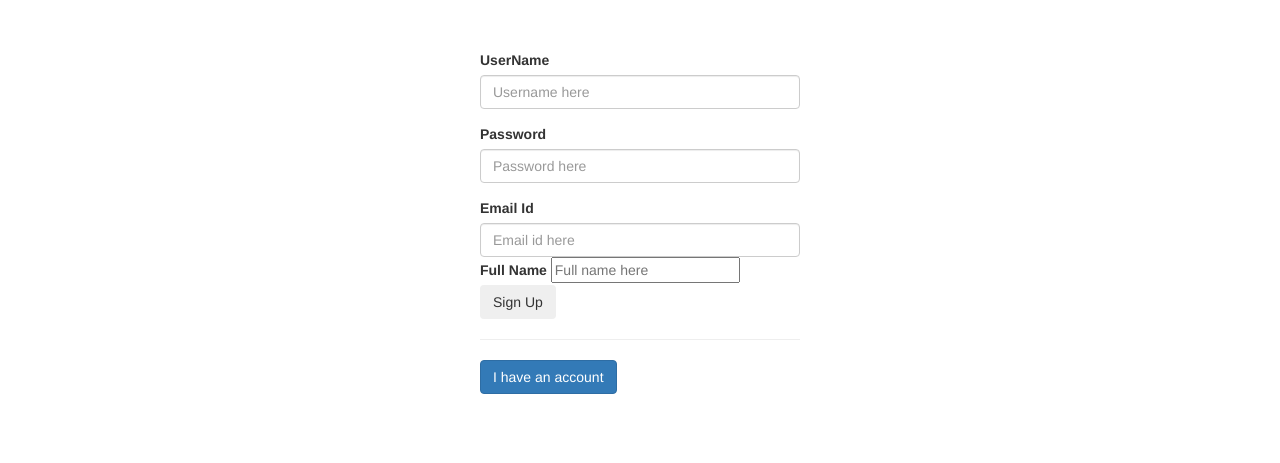
Repository: hamshini/demopro
Page: wippro/Application/WebContent/signup.html
An editor plug-in stored every save of this project. The page is shown before and after the next save, followed by the edit.
The browser window is 1280 px wide. The pictures show the whole page.

Above is the page before, as saved 2018-01-10 04:27:52.

After the next save:
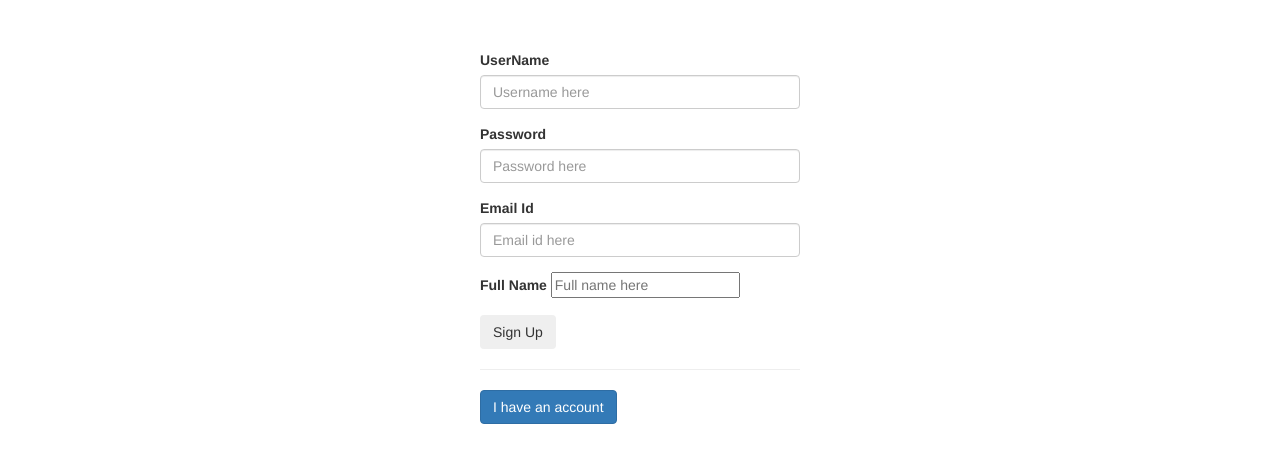
Saved 70 s later.
--- a/wippro/Application/WebContent/signup.html
+++ b/wippro/Application/WebContent/signup.html
@@ -16,15 +16,15 @@
 <label for="authpass">Password</label>
 <input type="password" id="authpass" name="pass" class="form-control" placeholder="Password here" />
 </div>
-
+    <div class="form-group">
     <label><b>Email Id</b></label>
     <input type="text" placeholder="Email id here"  class="form-control" name="email" required>
-
-
+</div>
+  <div class="form-group">
 
     <label><b>Full Name</b></label>
     <input type="text" placeholder="Full name here" name="full-name" required>
-
+    </div>
 
     <div class="clearfix">
       <button type="submit" class="btn btn-secondary">Sign Up</button>
